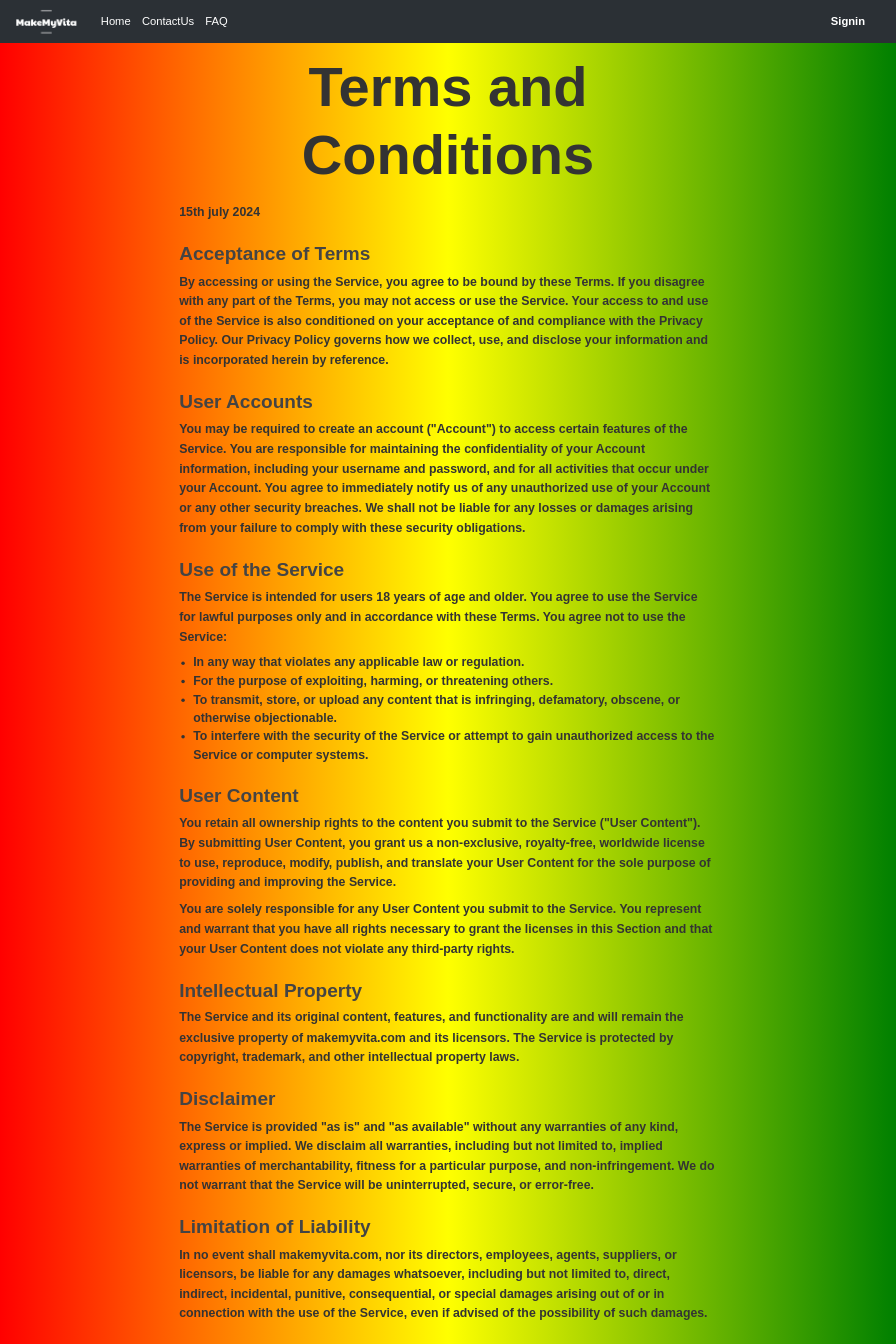
Repository: Tejaakshaykumar/MakeMyVita-Resume-Builder-Website
Page: /T&C (app in frontend/)
These files come from the project's save history. The page is drawn as it stood at one moment and after a run of saves; the edit follows.
The browser window is 1280 px wide. The pictures show the part of the page from y = 0 to 1920 px (the page is 2961 px tall before and 2255 px after), at 70% of full size.
Some web libraries are served in a nearby version. The project was rebuilt for these pictures with package versions that can differ from the ones it lists, and the page was loaded fresh each time. Also part of the build but not shown: frontend/src/App.css, frontend/src/containers/About.js, frontend/src/containers/Buildresume.js, frontend/src/containers/Images.js, frontend/src/containers/Features.js, frontend/src/containers/Review.js, frontend/src/containers/Trybox.js, frontend/src/containers/Motionbox.js and 5 more.

Above is the page before, as saved 2024-06-10 11:41:55.

After the next 2 saves:
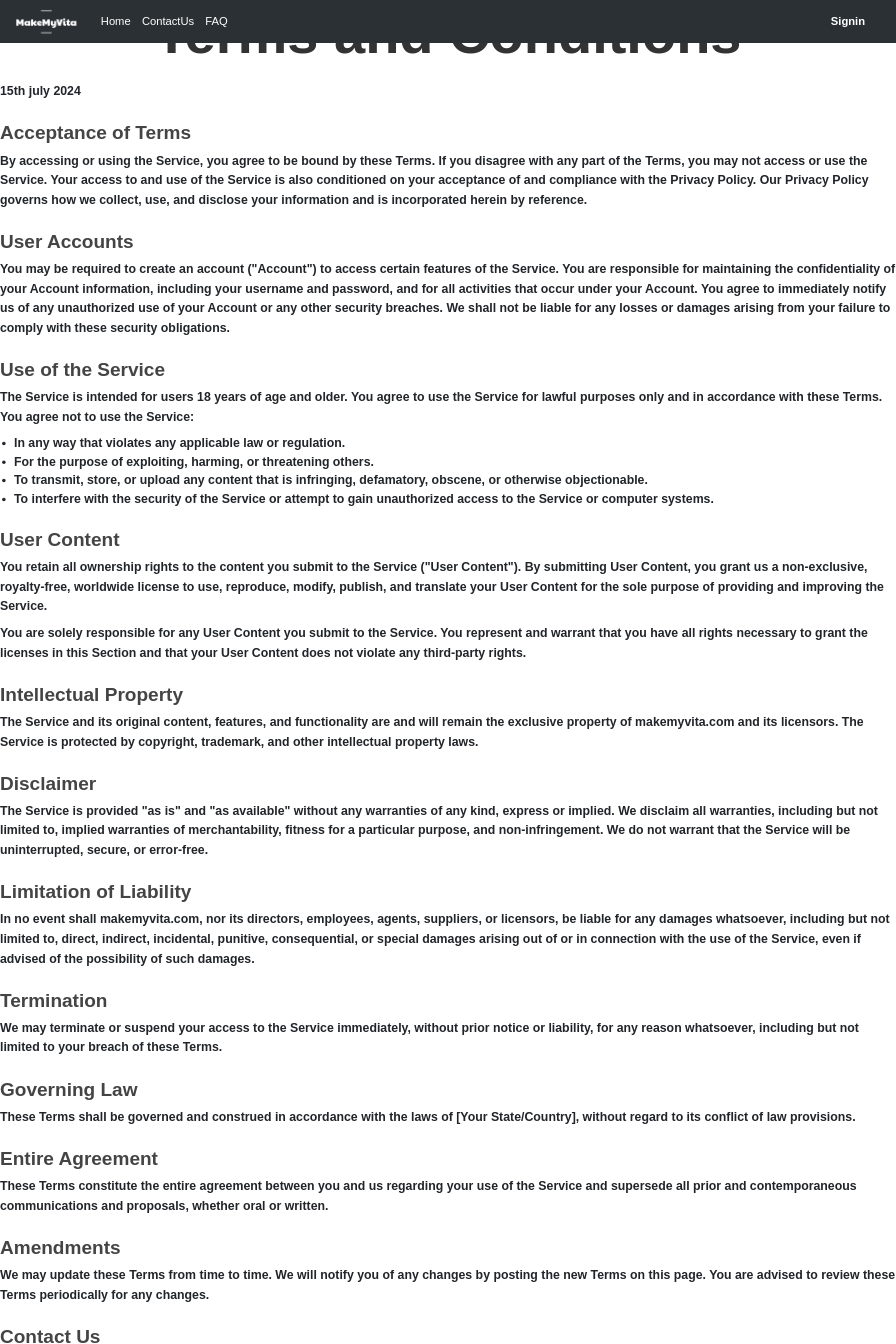
The 2 saves are shown as one change because they came seconds apart.
The last was saved 6 s later.
--- a/frontend/src/pages/pagestyles.css
+++ b/frontend/src/pages/pagestyles.css
@@ -1,4 +1,5 @@
 /* TandC */
+.tand
 .tandc-container {
     max-width: 100%;
     /* margin: 0 auto; */

After the save that followed:
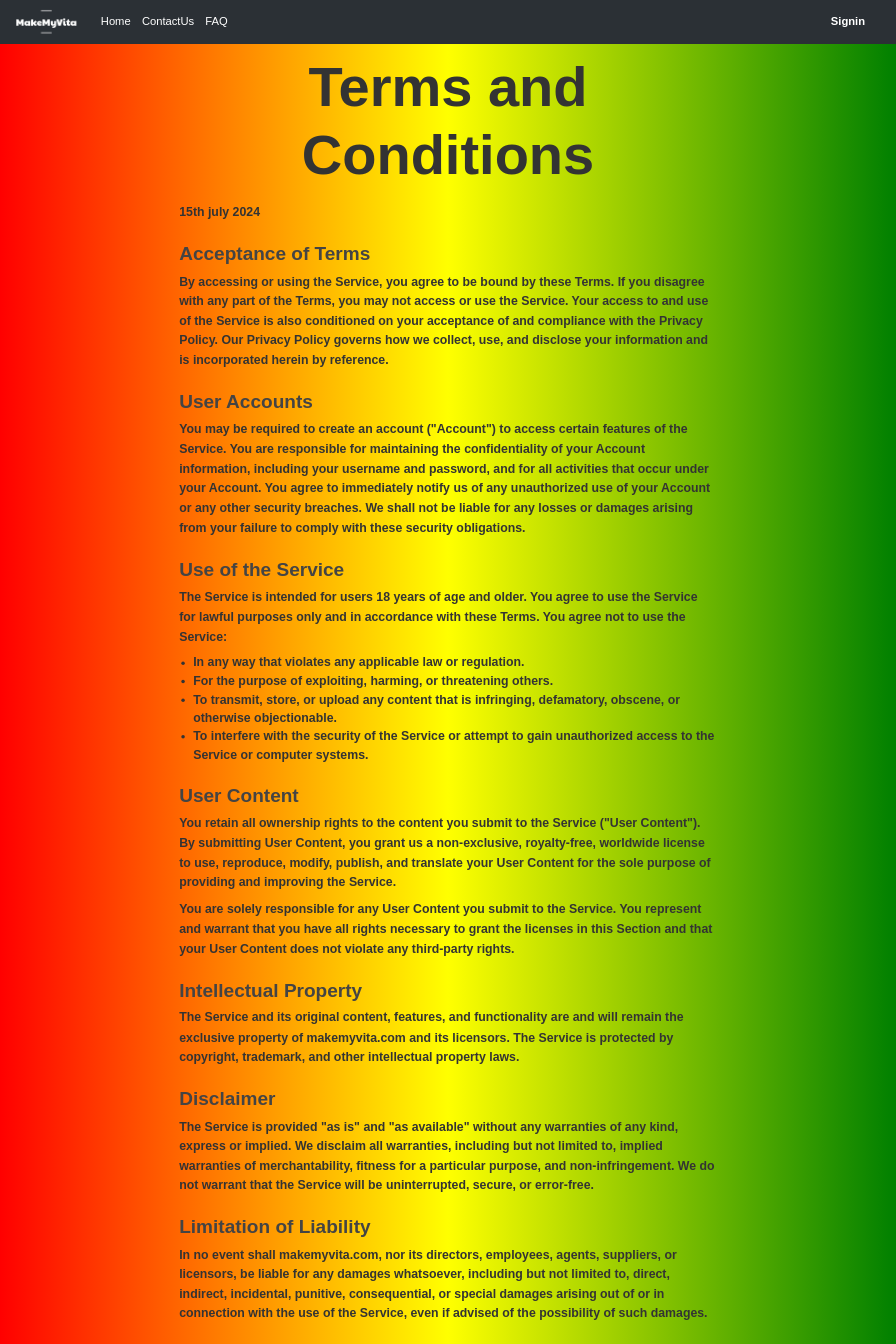
Saved 4 s later.
--- a/frontend/src/pages/pagestyles.css
+++ b/frontend/src/pages/pagestyles.css
@@ -1,5 +1,7 @@
 /* TandC */
-.tand
+.tandc {
+
+}
 .tandc-container {
     max-width: 100%;
     /* margin: 0 auto; */
